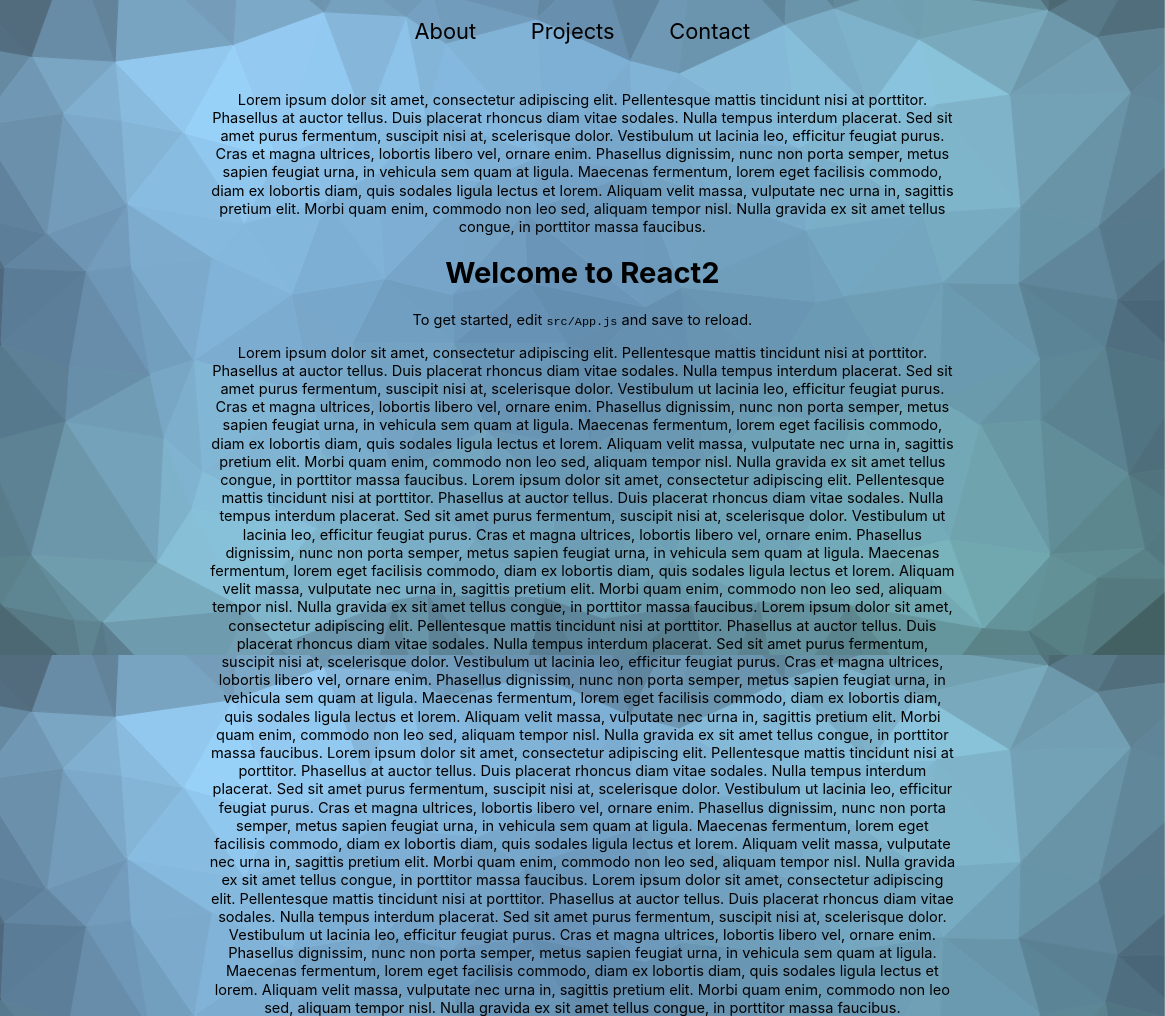
Repository: jordanCain/Education
Page: /
These files come from the project's save history. The page is drawn as it stood at one moment and after the next save; the edit follows.
The browser window is 1280 px wide. The pictures show the whole page, at 91% of full size.
Backgrounds fixed to the window are drawn as part of the page. The project was rebuilt for these pictures with package versions that can differ from the ones it lists, and the page was loaded fresh each time.

Above is the page before, as saved 2018-07-16 22:08:32.

### src/index.js
import React from 'react';
import ReactDOM from 'react-dom';
import './style.css';
import App from './App';
import registerServiceWorker from './registerServiceWorker';

ReactDOM.render(<App />, document.getElementById('root'));
registerServiceWorker();

### src/style.css
body {
  margin: 0;
  padding: 0;
  font-family: -apple-system, BlinkMacSystemFont, 'Segoe UI', Roboto, Oxygen, Ubuntu, Cantarell, 'Open Sans', 'Helvetica Neue', sans-serif;
  background: url(./images/background.svg) no-repeat center center fixed;
  background-size: cover;
  text-align: center;
}

.App {
  width: 80%;
  display: inline-block;
}

#header {
  margin-top: 20px;
  margin-bottom: 50px;
  font-size: 1.5em
}

.menuItem {
  margin: 30px
}

### src/App.js
import React, { Component } from 'react';
import NavBar from './views/NavBar';
import About from './views/About';
import Projects from './views/Projects';
import Contact from './views/Contact';

class App extends Component {
	render() {
		return (
			<div className="App">
				<NavBar />
				<About />
				<Projects />
				<Contact />
			</div>
		);
	}
}

export default App;

### src/views/NavBar.js
import React from 'react';
import pageIDs from '../constants/pageIDs';

class NavBar extends React.Component{
    render(){
        return(
        <div id="header">
            <span
                className="menuItem"
                onClick={() => { document.getElementById(pageIDs.about).scrollIntoView()}}>
                About
            </span>
            <span
                className="menuItem"
                onClick={() => { document.getElementById(pageIDs.projects).scrollIntoView()}}>
                Projects
            </span>
            <span
                className="menuItem"
                onClick={() => { document.getElementById(pageIDs.contact).scrollIntoView()}}>
                Contact
            </span>
        </div>
        );
    }
}

export default NavBar;

### src/views/About.js
import React from 'react';
import pageIDs from '../constants/pageIDs';

class Page1 extends React.Component {
    render() {
        return(
            <div className="App" id={pageIDs.about}>
                Lorem ipsum dolor sit amet, consectetur adipiscing elit. Pellentesque mattis tincidunt nisi at porttitor. Phasellus at auctor tellus. Duis placerat rhoncus diam vitae sodales. Nulla tempus interdum placerat. Sed sit amet purus fermentum, suscipit nisi at, scelerisque dolor. Vestibulum ut lacinia leo, efficitur feugiat purus. Cras et magna ultrices, lobortis libero vel, ornare enim. Phasellus dignissim, nunc non porta semper, metus sapien feugiat urna, in vehicula sem quam at ligula. Maecenas fermentum, lorem eget facilisis commodo, diam ex lobortis diam, quis sodales ligula lectus et lorem. Aliquam velit massa, vulputate nec urna in, sagittis pretium elit. Morbi quam enim, commodo non leo sed, aliquam tempor nisl. Nulla gravida ex sit amet tellus congue, in porttitor massa faucibus.
            </div>
        )
    }
}

export default Page1;

### src/views/Projects.js
import React from 'react';
import pageIDs from '../constants/pageIDs';

class Page2 extends React.Component {
    render() {
        return(
            <div className="App" id={pageIDs.projects}>
                <header className="App-header">
                <h1 className="App-title">Welcome to React2</h1>
                </header>
                <p className="App-intro">
                To get started, edit <code>src/App.js</code> and save to reload.
                </p>
            </div>
        )
    }
}

export default Page2;

### src/views/Contact.js
import React from 'react';
import pageIDs from '../constants/pageIDs';

class Page3 extends React.Component {
    render() {
        return(
            <div className="App" id={pageIDs.contact}>
                Lorem ipsum dolor sit amet, consectetur adipiscing elit. Pellentesque mattis tincidunt nisi at porttitor. Phasellus at auctor tellus. Duis placerat rhoncus diam vitae sodales. Nulla tempus interdum placerat. Sed sit amet purus fermentum, suscipit nisi at, scelerisque dolor. Vestibulum ut lacinia leo, efficitur feugiat purus. Cras et magna ultrices, lobortis libero vel, ornare enim. Phasellus dignissim, nunc non porta semper, metus sapien feugiat urna, in vehicula sem quam at ligula. Maecenas fermentum, lorem eget facilisis commodo, diam ex lobortis diam, quis sodales ligula lectus et lorem. Aliquam velit massa, vulputate nec urna in, sagittis pretium elit. Morbi quam enim, commodo non leo sed, aliquam tempor nisl. Nulla gravida ex sit amet tellus congue, in porttitor massa faucibus.
                Lorem ipsum dolor sit amet, consectetur adipiscing elit. Pellentesque mattis tincidunt nisi at porttitor. Phasellus at auctor tellus. Duis placerat rhoncus diam vitae sodales. Nulla tempus interdum placerat. Sed sit amet purus fermentum, suscipit nisi at, scelerisque dolor. Vestibulum ut lacinia leo, efficitur feugiat purus. Cras et magna ultrices, lobortis libero vel, ornare enim. Phasellus dignissim, nunc non porta semper, metus sapien feugiat urna, in vehicula sem quam at ligula. Maecenas fermentum, lorem eget facilisis commodo, diam ex lobortis diam, quis sodales ligula lectus et lorem. Aliquam velit massa, vulputate nec urna in, sagittis pretium elit. Morbi quam enim, commodo non leo sed, aliquam tempor nisl. Nulla gravida ex sit amet tellus congue, in porttitor massa faucibus.
                Lorem ipsum dolor sit amet, consectetur adipiscing elit. Pellentesque mattis tincidunt nisi at porttitor. Phasellus at auctor tellus. Duis placerat rhoncus diam vitae sodales. Nulla tempus interdum placerat. Sed sit amet purus fermentum, suscipit nisi at, scelerisque dolor. Vestibulum ut lacinia leo, efficitur feugiat purus. Cras et magna ultrices, lobortis libero vel, ornare enim. Phasellus dignissim, nunc non porta semper, metus sapien feugiat urna, in vehicula sem quam at ligula. Maecenas fermentum, lorem eget facilisis commodo, diam ex lobortis diam, quis sodales ligula lectus et lorem. Aliquam velit massa, vulputate nec urna in, sagittis pretium elit. Morbi quam enim, commodo non leo sed, aliquam tempor nisl. Nulla gravida ex sit amet tellus congue, in porttitor massa faucibus.
                Lorem ipsum dolor sit amet, consectetur adipiscing elit. Pellentesque mattis tincidunt nisi at porttitor. Phasellus at auctor tellus. Duis placerat rhoncus diam vitae sodales. Nulla tempus interdum placerat. Sed sit amet purus fermentum, suscipit nisi at, scelerisque dolor. Vestibulum ut lacinia leo, efficitur feugiat purus. Cras et magna ultrices, lobortis libero vel, ornare enim. Phasellus dignissim, nunc non porta semper, metus sapien feugiat urna, in vehicula sem quam at ligula. Maecenas fermentum, lorem eget facilisis commodo, diam ex lobortis diam, quis sodales ligula lectus et lorem. Aliquam velit massa, vulputate nec urna in, sagittis pretium elit. Morbi quam enim, commodo non leo sed, aliquam tempor nisl. Nulla gravida ex sit amet tellus congue, in porttitor massa faucibus.
                Lorem ipsum dolor sit amet, consectetur adipiscing elit. Pellentesque mattis tincidunt nisi at porttitor. Phasellus at auctor tellus. Duis placerat rhoncus diam vitae sodales. Nulla tempus interdum placerat. Sed sit amet purus fermentum, suscipit nisi at, scelerisque dolor. Vestibulum ut lacinia leo, efficitur feugiat purus. Cras et magna ultrices, lobortis libero vel, ornare enim. Phasellus dignissim, nunc non porta semper, metus sapien feugiat urna, in vehicula sem quam at ligula. Maecenas fermentum, lorem eget facilisis commodo, diam ex lobortis diam, quis sodales ligula lectus et lorem. Aliquam velit massa, vulputate nec urna in, sagittis pretium elit. Morbi quam enim, commodo non leo sed, aliquam tempor nisl. Nulla gravida ex sit amet tellus congue, in porttitor massa faucibus.
            </div>
        )
    }
}

export default Page3;

### src/constants/pageIDs.json
{
    "about": "ABOUT",
    "projects": "PROJECTS",
    "contact": "CONTACT"
}

Loaded but not shown: public/index.html (common file); src/registerServiceWorker.js (common file)

After the next save:
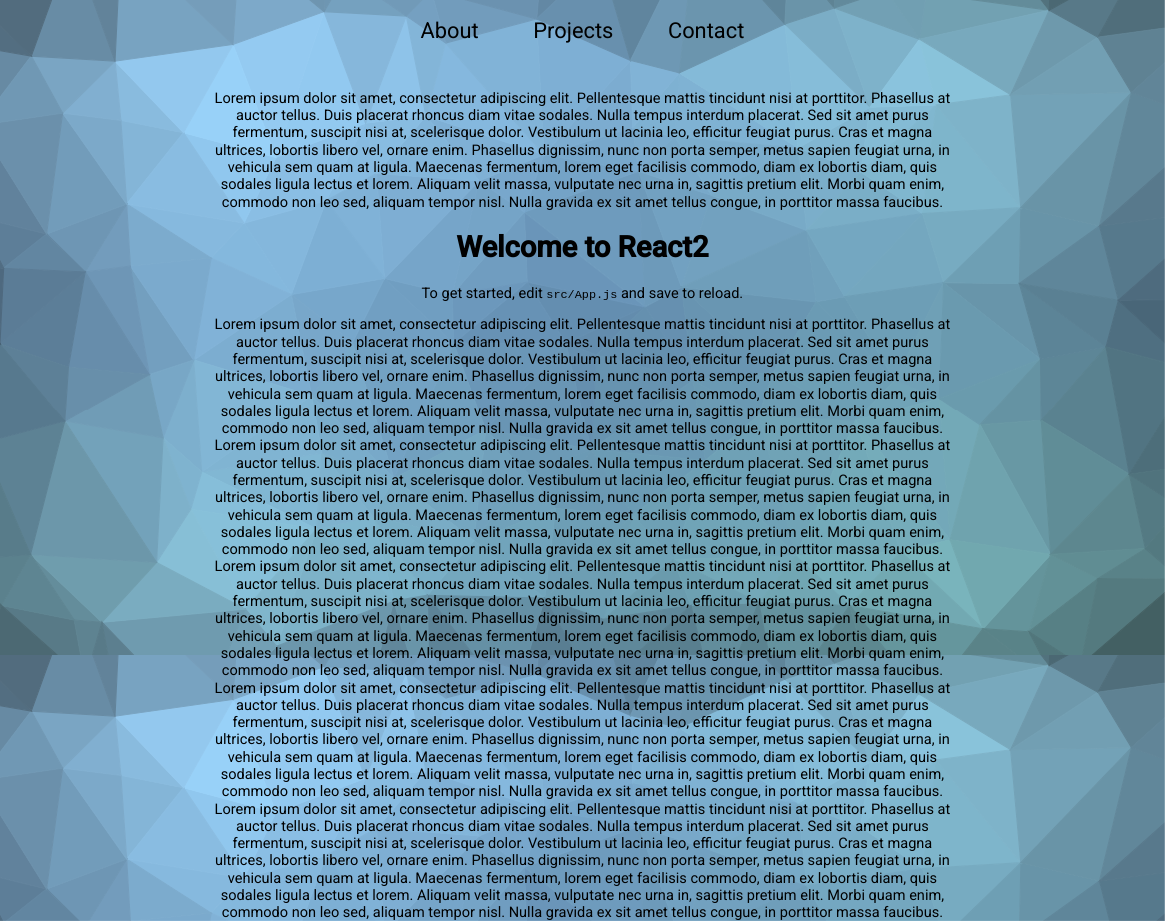
Saved 30 s later.
--- a/src/style.css
+++ b/src/style.css
@@ -1,7 +1,7 @@
 body {
   margin: 0;
   padding: 0;
-  font-family: -apple-system, BlinkMacSystemFont, 'Segoe UI', Roboto, Oxygen, Ubuntu, Cantarell, 'Open Sans', 'Helvetica Neue', sans-serif;
+  font-family: Roboto;
   background: url(./images/background.svg) no-repeat center center fixed;
   background-size: cover;
   text-align: center;
